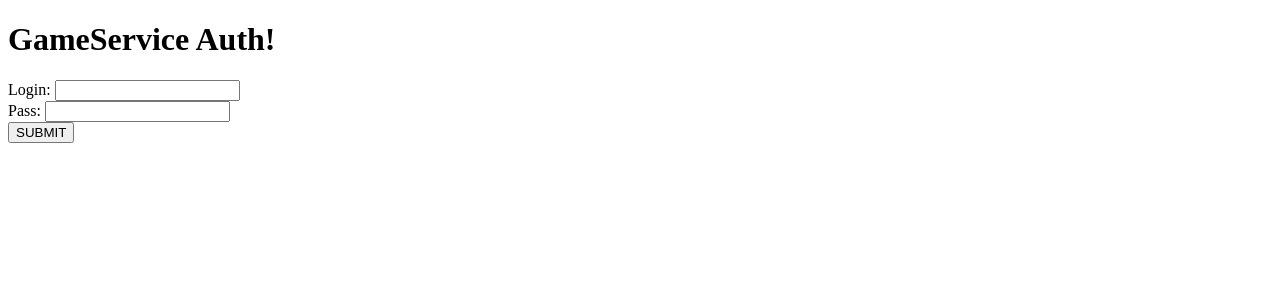
Repository: andregouveia8/EXCODE-API
Page: exCODE PROGRAMING EXERCISES API/API/exCODE API/exCODEAPI/WebContent/index.html
The author's editor kept a copy of each file at every save. The page is drawn from the files as they stood at one save, then again after the next save.
The browser window is 1280 px wide. The pictures show the whole page.
Some web libraries are served in a nearby version.

Above is the page before, as saved 2018-01-16 09:10:35.

After the next save:
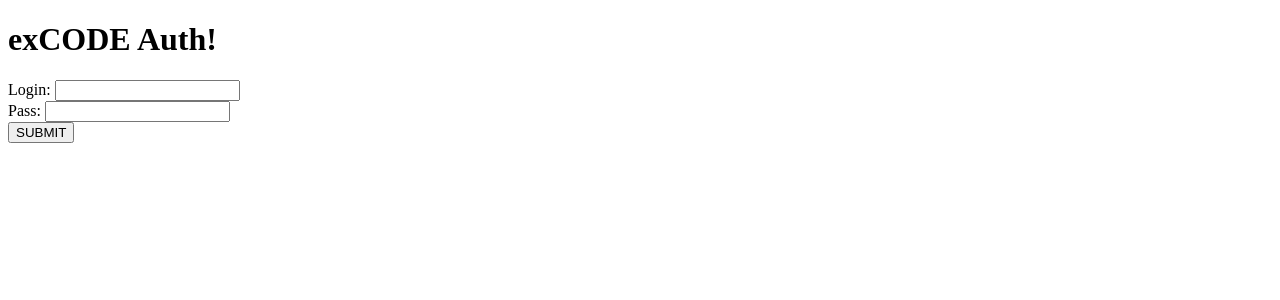
Saved 11 s later.
--- a/exCODE PROGRAMING EXERCISES API/API/exCODE API/exCODEAPI/WebContent/index.html
+++ b/exCODE PROGRAMING EXERCISES API/API/exCODE API/exCODEAPI/WebContent/index.html
@@ -28,7 +28,7 @@ $(document).ready(function(){
 </script>
 </head>
 <body>
-	<h1>GameService Auth!</h1>
+	<h1>exCODE Auth!</h1>
 	Login: <input id="txtLogin" type="text"/><br/>
 	Pass: <input id="txtPass" type="text"/><br/>
 	<input id="btnSubmit" type="button" value="SUBMIT"/><br/>
